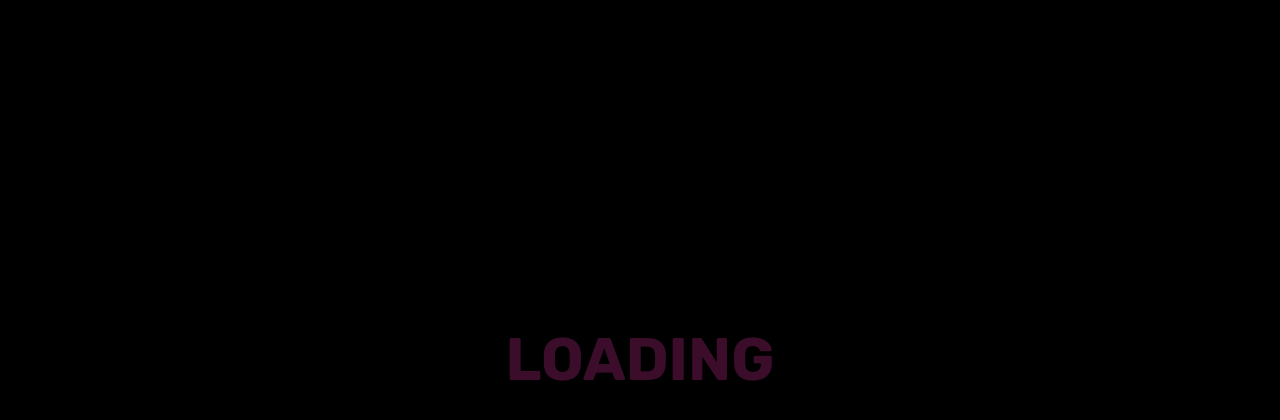
Repository: Shenixo/QuizApp
Page: /
The author's editor kept a copy of each file at every save. The page is drawn from the files as they stood at one save, then again after the next save.
The browser window is 1280 px wide. The pictures show the whole page.
The page's requests for data from a server got no answer. The project was rebuilt for these pictures with package versions that can differ from the ones it lists, and the page was loaded fresh each time. No one was signed in, and anything a server would have sent is missing. Also part of the build but not shown: vite.config.js, src/App.css, src/Components/Navbar/Navbar.jsx, src/Components/Option/Option.jsx, src/Pages/Game/Game.jsx.

Above is the page before, as saved 2025-03-31 22:14:01.

### index.html
<!doctype html>
<html lang="en">
  <head>
    <meta charset="UTF-8" />
    <link rel="icon" type="image/svg+xml" href="/vite.svg" />
    <meta name="viewport" content="width=device-width, initial-scale=1.0" />
    <link rel="preconnect" href="https://fonts.googleapis.com">
<link rel="preconnect" href="https://fonts.gstatic.com" crossorigin>
<link href="https://fonts.googleapis.com/css2?family=Rubik:ital,wght@0,300..900;1,300..900&display=swap" rel="stylesheet">
    <title>Quiz App</title>
  </head>
  <body>
    <div id="root"></div>
    <script type="module" src="/src/main.jsx"></script>
  </body>
</html>

### src/main.jsx
import { StrictMode } from "react";
import { createRoot } from "react-dom/client";
import "./index.css";
import App from "./App.jsx";
import Context from "./Store/Context.jsx";
import { QueryClient, QueryClientProvider } from "@tanstack/react-query";
import { BrowserRouter } from "react-router-dom";

const queryClient = new QueryClient();
createRoot(document.getElementById("root")).render(
  <StrictMode>
    <QueryClientProvider client={queryClient}>
      <BrowserRouter>
        <Context>
          <App />
        </Context>
      </BrowserRouter>
    </QueryClientProvider>
  </StrictMode>
);

### src/index.css
@tailwind base;
@tailwind components;
@tailwind utilities;

*{
    padding: 0;
    margin: 0;
    box-sizing: border-box;
    font-family: "Rubik", sans-serif;
}
.dark{
    background: red;
}

### src/App.jsx
import { Route, Routes, useNavigate } from "react-router-dom";
import "./App.css";
import Game from "./Pages/Game/Game"
import { useAppContext } from "./Store/Context";
import Progress from "./Pages/Progress/Progress";

function App() {
  const { isDarkMode } = useAppContext();
  return (
    <div>
      <Routes>
        <Route path="/" element={<Progress/>}/>
        <Route path="/game" element={  <Game />}/>
      </Routes>

    </div>
  );
}

export default App;

### src/Store/Context.jsx
import React from "react";
import axios from "axios";
import { useQuery } from "@tanstack/react-query";
import { useNavigate } from "react-router-dom";

const AppContext = React.createContext({
  isDarkMode: false,
  toggleTheme: () => {},
  data: [],
  isLoading: false,
  isError: false,
});

const Context = ({ children }) => {
  const [isDarkMode, setIsDarkMode] = React.useState(false);
  const toggleTheme = () => {
    setIsDarkMode((prev) => !prev);
  };

  const fetchData = async () => {
    const response = await axios.get(
      "https://the-trivia-api.com/v2/questions",
      {
        params: { limit: 200 },
      }
    );

    return response.data;

    // const uniqueData = Array.from(
    //   new Map(response.data.map((q) => [q.id, q])).values()
    // );
    // return uniqueData;
  };
  const [questions, setQuestions] = React.useState([]);
  const [loading, setLoading] = React.useState(false);
  // isLoading won't work extra logic
  const { data, isLoading, isError } = useQuery({
    queryKey: ["questions"],
    queryFn: fetchData,
    refetchInterval: questions.length < 250 ? 10000 : false,
    enabled: questions.length < 250,
  });
  React.useEffect(() => {
    if (data)
      setQuestions((prev) => {
        const merged = [...prev, ...data];
        const uniqueQuestions = Array.from(
          new Map(merged.map((q) => [q.id, q])).values()
        );
        return uniqueQuestions;
      });
  }, [data]);
  React.useEffect(() => {
    if (questions.length < 250) setLoading(true);
    else setLoading(false);
  }, [questions]);

  console.log(data);

  const ctxValue = {
    isDarkMode,
    toggleTheme,
    data: questions,
    loading,
    isError,
  };

  console.log({ data });
  console.log({ questions });
  console.log(loading);

  return <AppContext.Provider value={ctxValue}>{children}</AppContext.Provider>;
};

export default Context;

export function useAppContext() {
  const context = React.useContext(AppContext);
  if (!context) throw new Error("Context must be used within the provider");
  return context;
}

### src/Pages/Progress/Progress.jsx
import React from "react";
import { useAppContext } from "../../Store/Context";
import { useNavigate } from "react-router-dom";
import { motion } from "framer-motion";

const Progress = () => {
  const [count, setCount] = React.useState(0);
  const { loading } = useAppContext();
  React.useEffect(() => {
    let interval;
    if (loading) {
      setInterval(() => {
        setCount((prev) => (prev < 100 ? prev + 1 : 100));
      }, 100);
    }

    return () => clearInterval(interval);
  }, []);

  return (
    <div className="flex items-center justify-center w-full h-screen bg-black">
      <div className="relative text-6xl font-bold">
        <motion.h1
          className="absolute inset-0 bg-[#ff0088] bg-clip-text text-transparent"
          initial={{ width: "0%" }}
          animate={{ width: `${count}%` }}
          transition={{ duration: 2 }}
          style={{
            width: `${count}%`,
            whiteSpace: "nowrap",
            overflow: "hidden",
          }}
        >
          LOADING
        </motion.h1>

        <h1 className="text-[#3c0d2a]">LOADING</h1>
      </div>
    </div>
  );
};

export default Progress;

### tailwind.config.js
/** @type {import('tailwindcss').Config} */
export default {
  content: [
    "./index.html",
    "./src/**/*.{js,ts,jsx,tsx}",
  ],
  theme: {
    extend: {
      gridTemplateColumns: {
        cols: "1fr 1fr"
      },
      colors: {
        primary: "#313e51",
      }
    },
  },
  plugins: [],
}

After the next save:
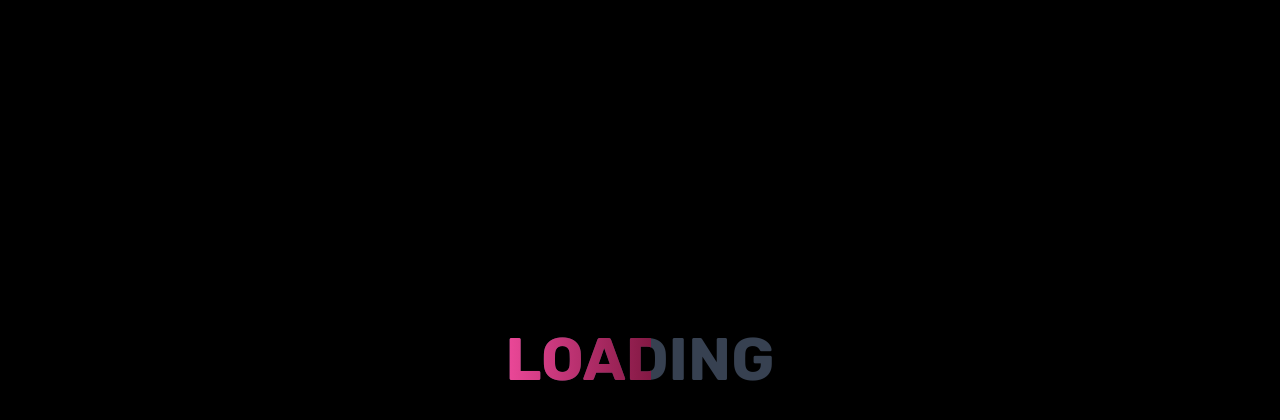
Saved 44 s later.
--- a/src/Pages/Progress/Progress.jsx
+++ b/src/Pages/Progress/Progress.jsx
@@ -1,18 +1,12 @@
-import React from "react";
-import { useAppContext } from "../../Store/Context";
-import { useNavigate } from "react-router-dom";
-import { motion } from "framer-motion";
+import React, { useState, useEffect } from "react";
 
-const Progress = () => {
-  const [count, setCount] = React.useState(0);
-  const { loading } = useAppContext();
-  React.useEffect(() => {
-    let interval;
-    if (loading) {
-      setInterval(() => {
-        setCount((prev) => (prev < 100 ? prev + 1 : 100));
-      }, 100);
-    }
+const LoadingText = () => {
+  const [count, setCount] = useState(0);
+
+  useEffect(() => {
+    let interval = setInterval(() => {
+      setCount((prev) => (prev < 100 ? prev + 1 : 100));
+    }, 100);
 
     return () => clearInterval(interval);
   }, []);
@@ -20,11 +14,9 @@
   return (
     <div className="flex items-center justify-center w-full h-screen bg-black">
       <div className="relative text-6xl font-bold">
-        <motion.h1
-          className="absolute inset-0 bg-[#ff0088] bg-clip-text text-transparent"
-          initial={{ width: "0%" }}
-          animate={{ width: `${count}%` }}
-          transition={{ duration: 2 }}
+        {/* Masked Text */}
+        <h1
+          className="absolute inset-0 bg-gradient-to-r from-pink-500 to-pink-900 bg-clip-text text-transparent"
           style={{
             width: `${count}%`,
             whiteSpace: "nowrap",
@@ -32,12 +24,13 @@
           }}
         >
           LOADING
-        </motion.h1>
+        </h1>
 
-        <h1 className="text-[#3c0d2a]">LOADING</h1>
+        {/* Base Text */}
+        <h1 className="text-gray-700">LOADING</h1>
       </div>
     </div>
   );
 };
 
-export default Progress;
+export default LoadingText;
